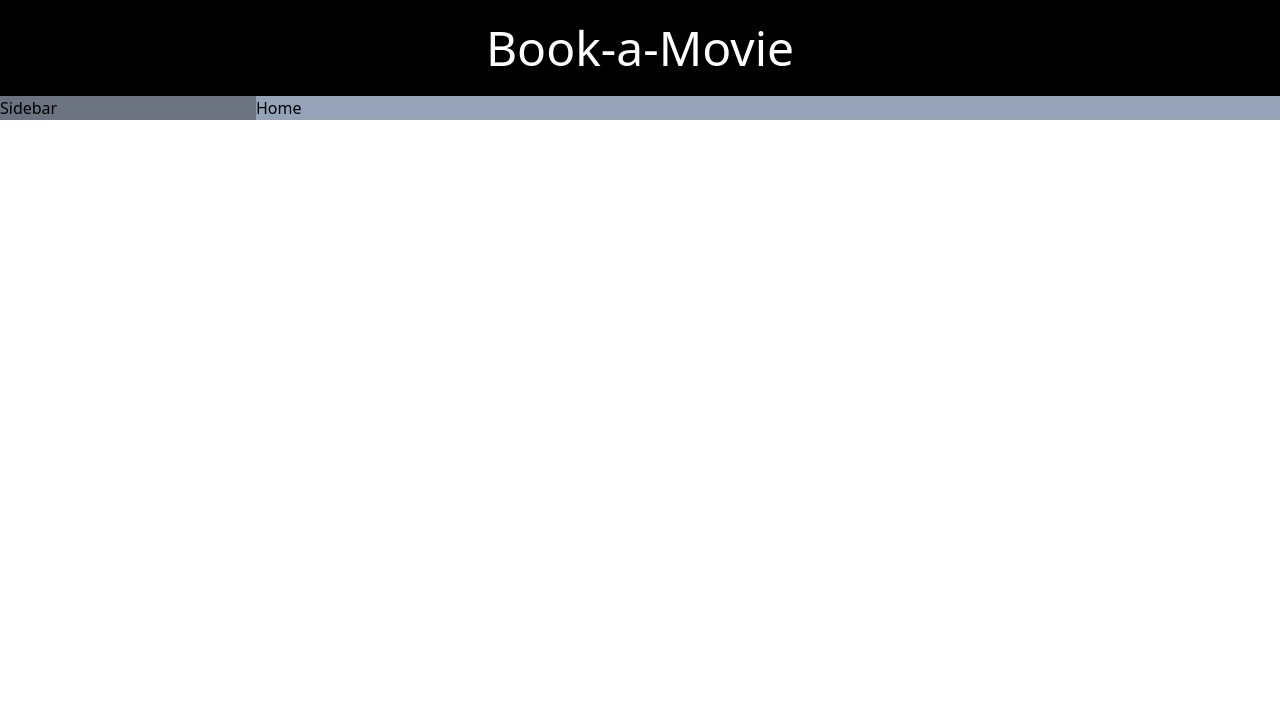
Repository: BhumilModi/movie-booking-app-assignment
Page: /Home
The author's editor kept a copy of each file at every save. The page is drawn from the files as they stood at one save, then again after the next save.
The browser window is 1280 px wide. The pictures show the whole page.
The project was rebuilt for these pictures with package versions that can differ from the ones it lists, and the page was loaded fresh each time. Also part of the build but not shown: src/App.css, src/components/Login.jsx, src/components/SignUp.jsx.

Above is the page before, as saved 2022-11-29 19:06:12.

### src/App.js
import { BrowserRouter, Route, Routes } from 'react-router-dom';
import './App.css';
import Home from './components/Home';
import Login from './components/Login';
import SignUp from './components/SignUp';
function App() {

  return (
    <BrowserRouter>
      <Routes>
        <Route path='/' element={<Login />} />
        <Route path='/signUp' element={<SignUp />} />
        <Route path='/Home' element={<Home />} />
      </Routes>
    </BrowserRouter>
  );
}

export default App;

### src/components/Home.jsx
import React from "react";
import Navbar from "./Navbar";
import Sidebar from "./Sidebar";

function Home() {
  return (
    <div>
      <Navbar />
      <div className="flex h-full bg-slate-400">
        <Sidebar />
        Home
      </div>
    </div>
  );
}

export default Home;

### src/components/Navbar.jsx
import React from "react";

function Navbar() {
  return (
    <div className="h-24 bg-black flex justify-center items-center w-full">
      <div className="text-white text-[48px]">Book-a-Movie</div>
    </div>
  );
}

export default Navbar;

### src/components/Sidebar.jsx
import React from "react";

function Sidebar() {
  return <div className="w-1/5 h-fit bg-gray-500">Sidebar</div>;
}

export default Sidebar;

Loaded but not shown: public/index.html (common file); src/index.js (common file); src/index.css (common file); tailwind.config.js (common file)

After the next save:
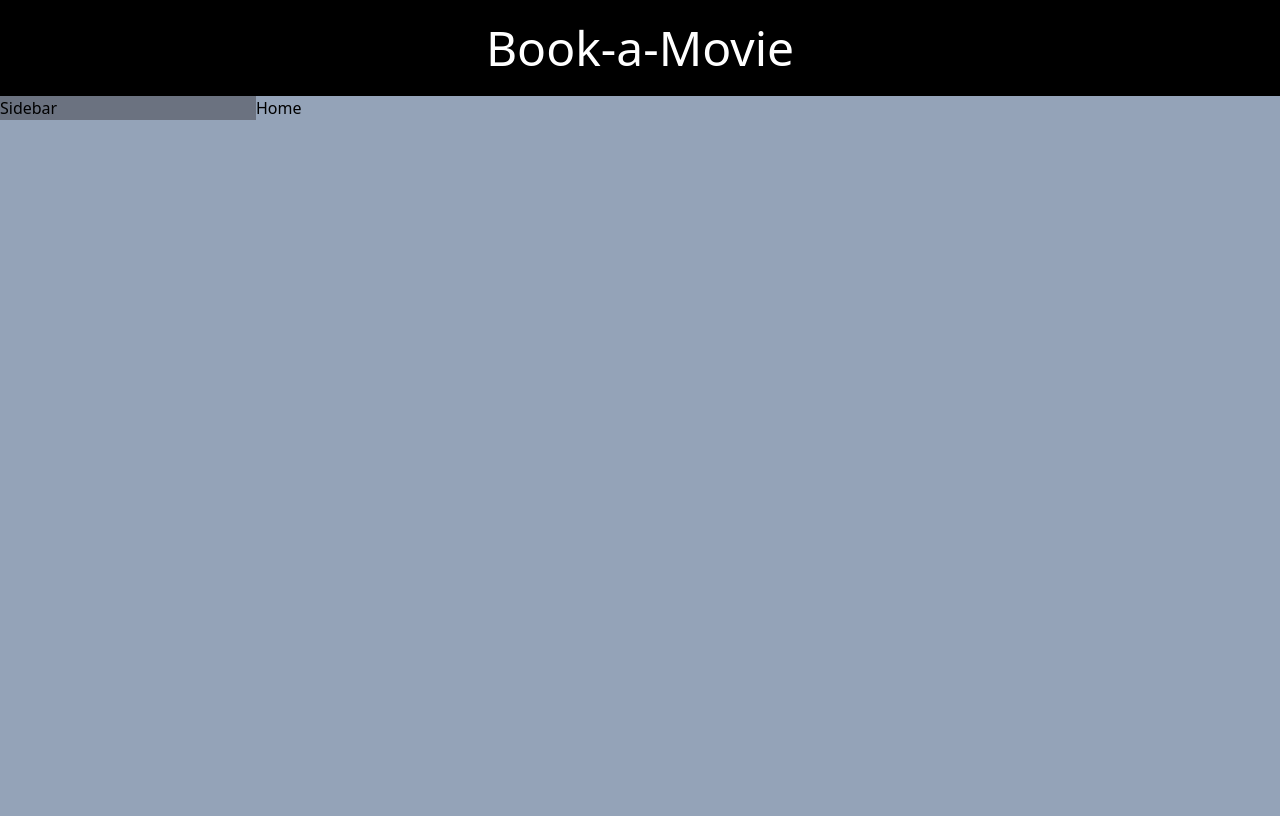
Saved 9 s later.
--- a/src/components/Home.jsx
+++ b/src/components/Home.jsx
@@ -6,7 +6,7 @@ function Home() {
   return (
     <div>
       <Navbar />
-      <div className="flex h-full bg-slate-400">
+      <div className="flex h-screen bg-slate-400">
         <Sidebar />
         Home
       </div>
